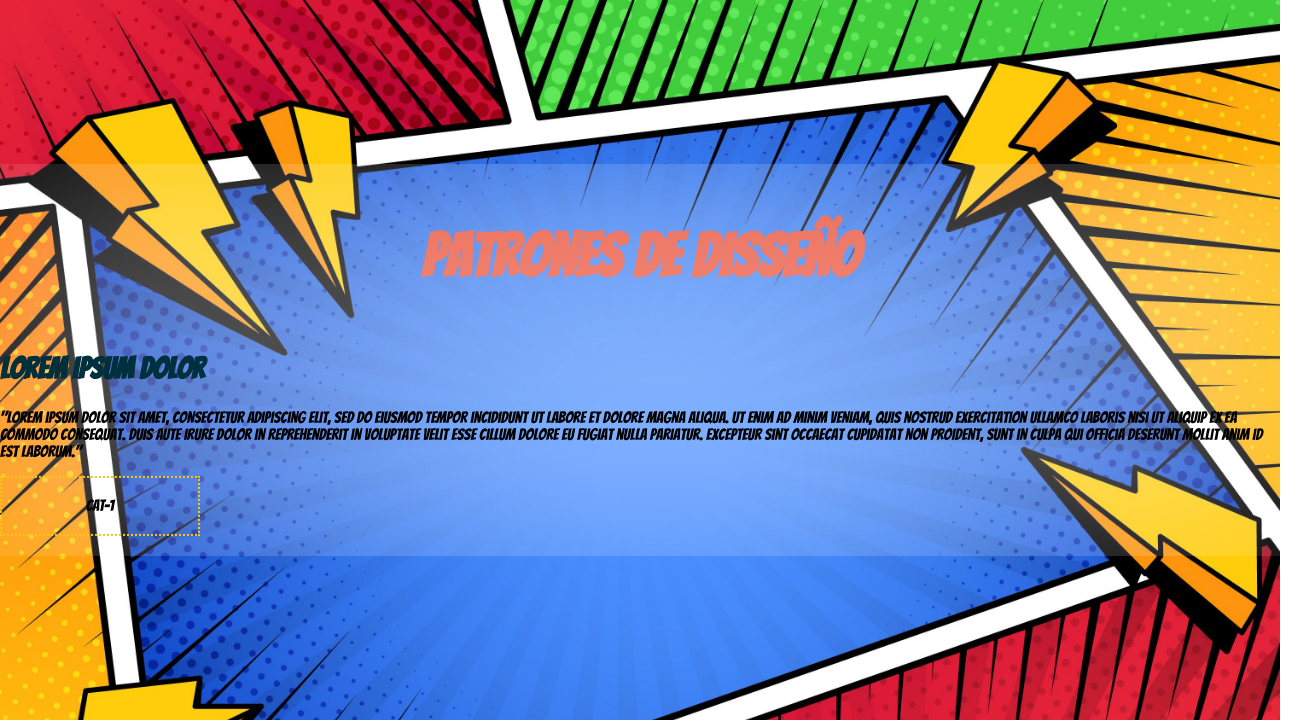
Repository: nrsWebs/design-pattern-es
Page: index.html
An editor plug-in stored every save of this project. The page is shown before and after the next save, followed by the edit.
The browser window is 1280 px wide. The page is 1300 px wide, so the pictures cover 1300 px, including what lies to the right of the window. The pictures show the whole page.

Above is the page before, as saved 2021-02-06 19:56:45.

After the next save:
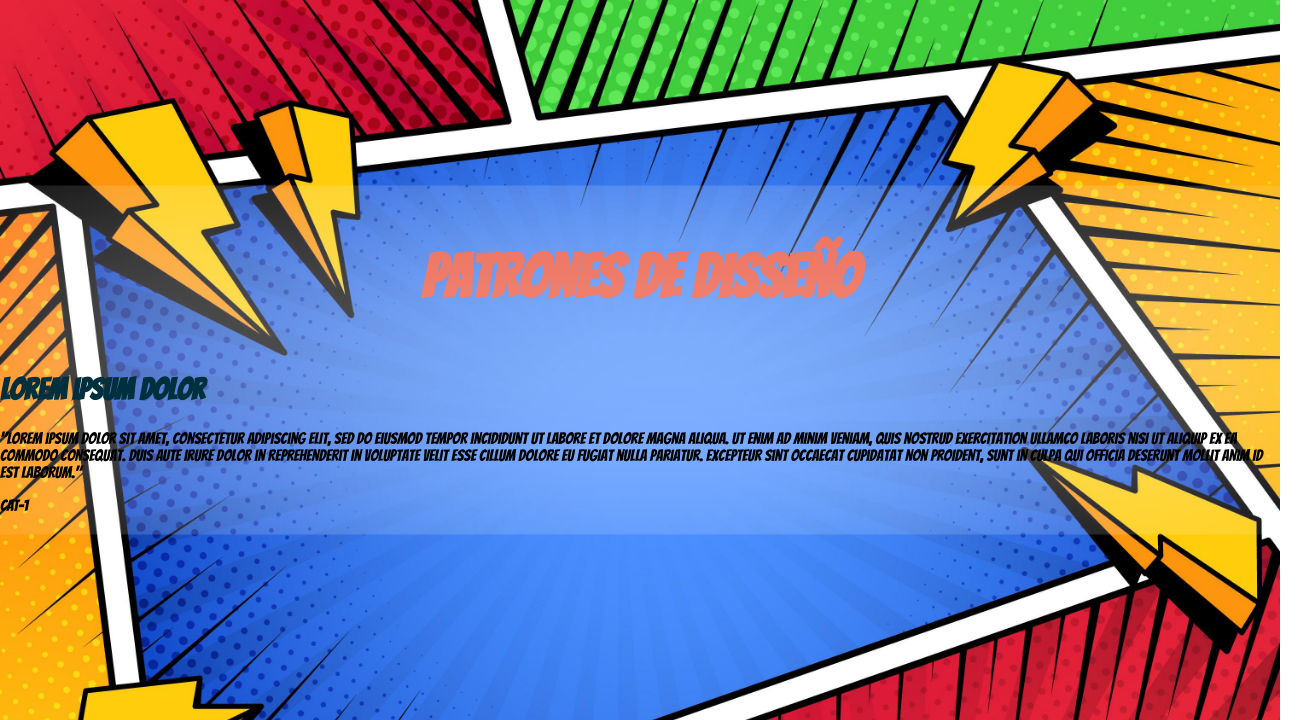
Saved 33 s later.
--- a/source/main.css
+++ b/source/main.css
@@ -52,7 +52,11 @@
 .box .information{
     z-index: 99;
 }
-.button {
+.action-container{
+    display: flex;
+    justify-content: space-between;
+}
+.action-container .button {
     box-sizing: border-box;
     border: 2px dotted var(--button);
     width: 200px;
@@ -60,7 +64,7 @@
     padding: 10px;
     position: relative;
 }
-.button .text{
+.action-container .button .text{
     position: absolute;
     top: 50%;
     left: 50%;

After the 2 saves that followed:
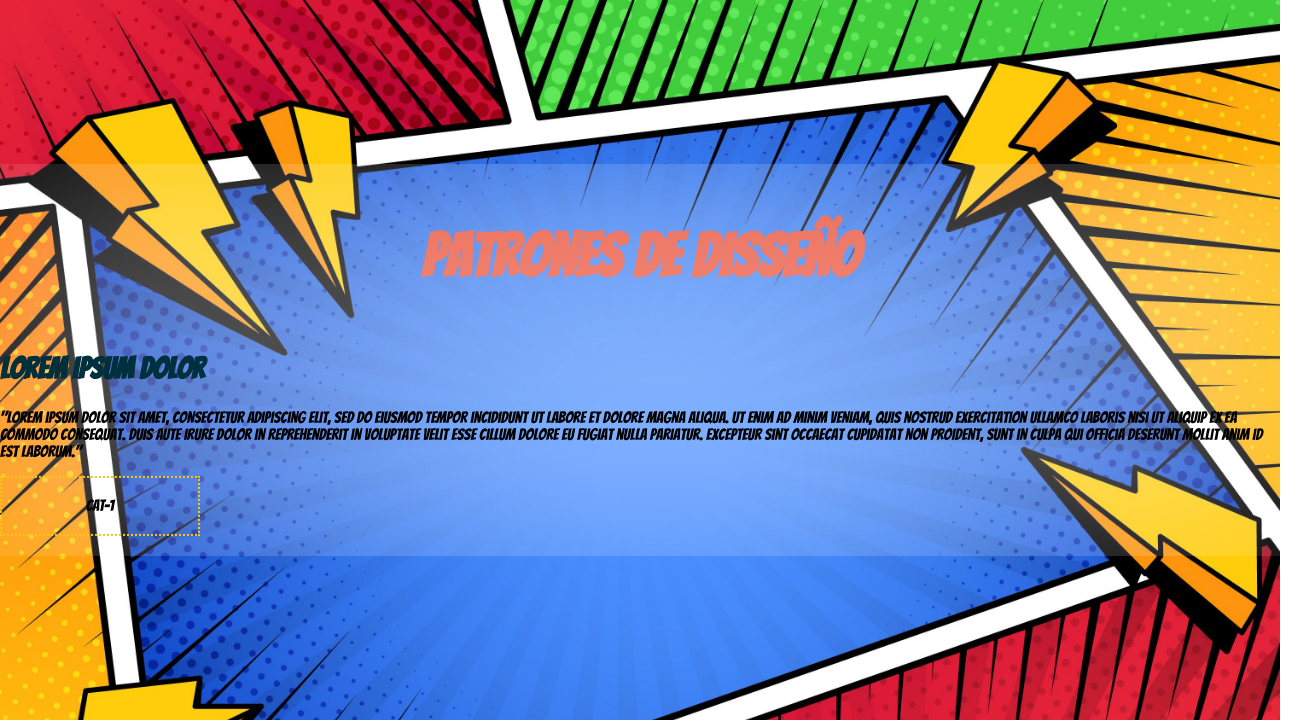
The 2 saves are shown as one change because 1 left the picture as it was.
The last was saved 68 s later.
--- a/index.html
+++ b/index.html
@@ -13,8 +13,10 @@
             <div class="information">
                 <h2>Lorem ipsum dolor</h2>
                 <p>"Lorem ipsum dolor sit amet, consectetur adipiscing elit, sed do eiusmod tempor incididunt ut labore et dolore magna aliqua. Ut enim ad minim veniam, quis nostrud exercitation ullamco laboris nisi ut aliquip ex ea commodo consequat. Duis aute irure dolor in reprehenderit in voluptate velit esse cillum dolore eu fugiat nulla pariatur. Excepteur sint occaecat cupidatat non proident, sunt in culpa qui officia deserunt mollit anim id est laborum."</p>
-                <div class="button linker" data-link="cat-1">
-                    <div class="text">CAT-1</div>
+                <div class="action-container">
+                    <div class="button linker" data-link="cat-1">
+                        <div class="text">CAT-1</div>
+                    </div>
                 </div>
             </div>
         </div>
@@ -24,8 +26,10 @@
             <div class="information">
                 <h2>Lorem ipsum dolor</h2>
                 <p>"Lorem ipsum dolor sit amet, consectetur adipiscing elit, sed do eiusmod tempor incididunt ut labore et dolore magna aliqua. Ut enim ad minim veniam, quis nostrud exercitation ullamco laboris nisi ut aliquip ex ea commodo consequat. Duis aute irure dolor in reprehenderit in voluptate velit esse cillum dolore eu fugiat nulla pariatur. Excepteur sint occaecat cupidatat non proident, sunt in culpa qui officia deserunt mollit anim id est laborum."</p>
-                <div class="button linker" data-link="general">
-                    <div class="text">HOME</div>
+                <div class="action-container">
+                    <div class="button linker" data-link="general">
+                        <div class="text">HOME</div>
+                    </div>
                 </div>
             </div>
         </div>
--- a/source/main.css
+++ b/source/main.css
@@ -54,6 +54,7 @@
 }
 .action-container{
     display: flex;
+    width: 100%;
     justify-content: space-between;
 }
 .action-container .button {
